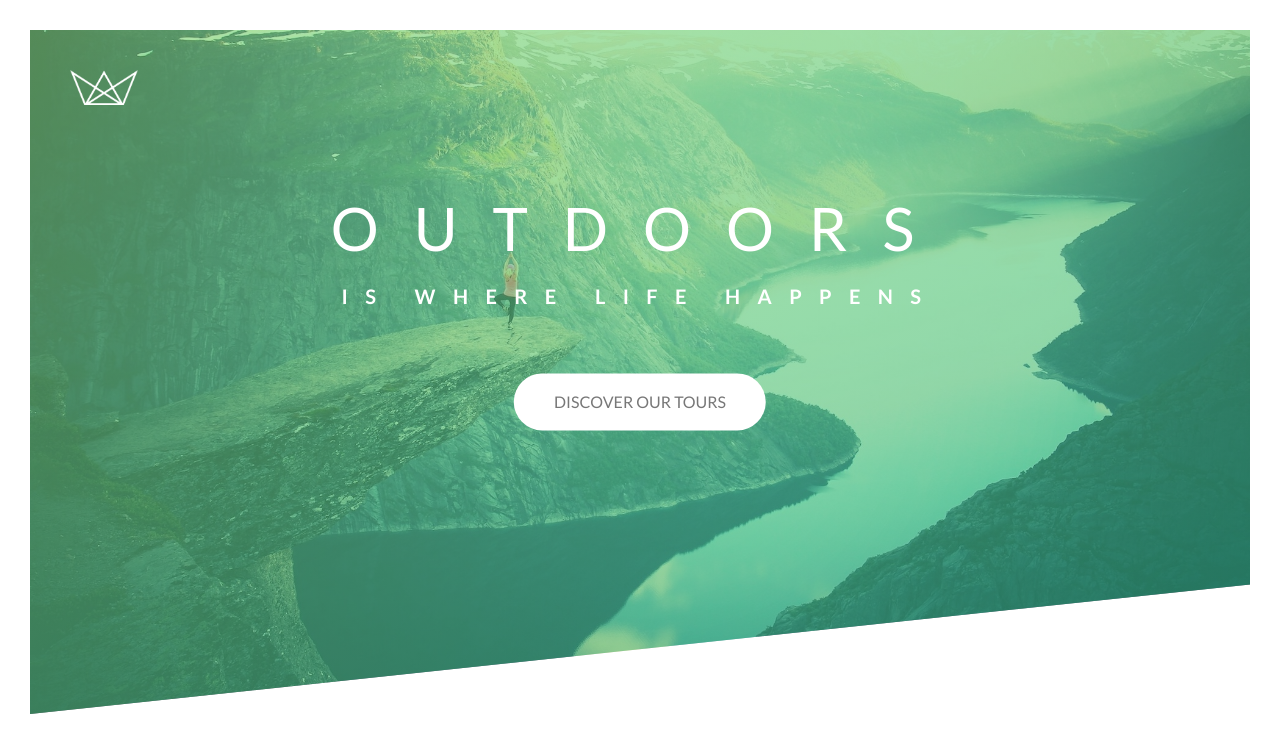
Repository: mukiSabljakovic/NatoursV1
Page: index.html
An editor plug-in stored every save of this project. The page is shown before and after the next save, followed by the edit.
The browser window is 1280 px wide. The pictures show the whole page.
Some web libraries are served in a nearby version.

Above is the page before, as saved 2020-05-11 16:18:34.

After the next save:
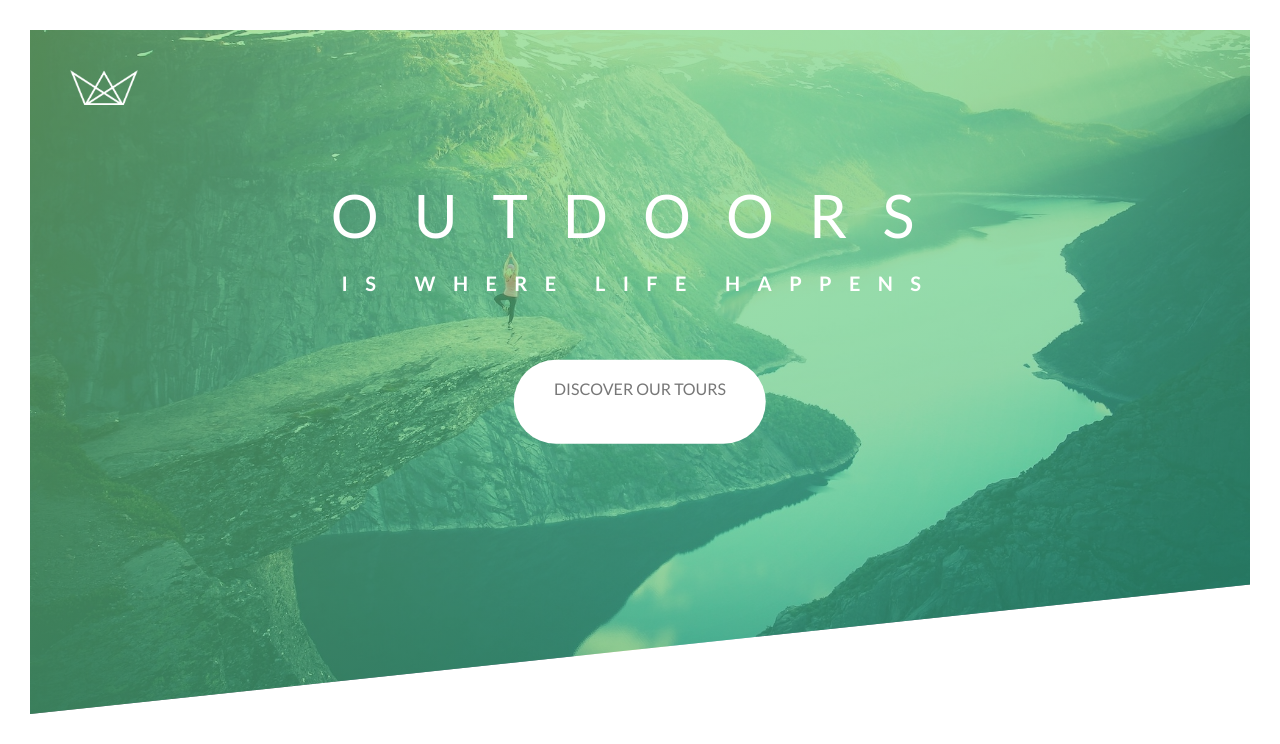
Saved 108 s later.
--- a/css/style.css
+++ b/css/style.css
@@ -144,3 +144,10 @@ body {
     background-color: #fff;
     color: #777;
 }
+
+.btn::after {
+    content: "";
+    display: inline-block;
+    height: 100%;
+    width: 100%;
+}
